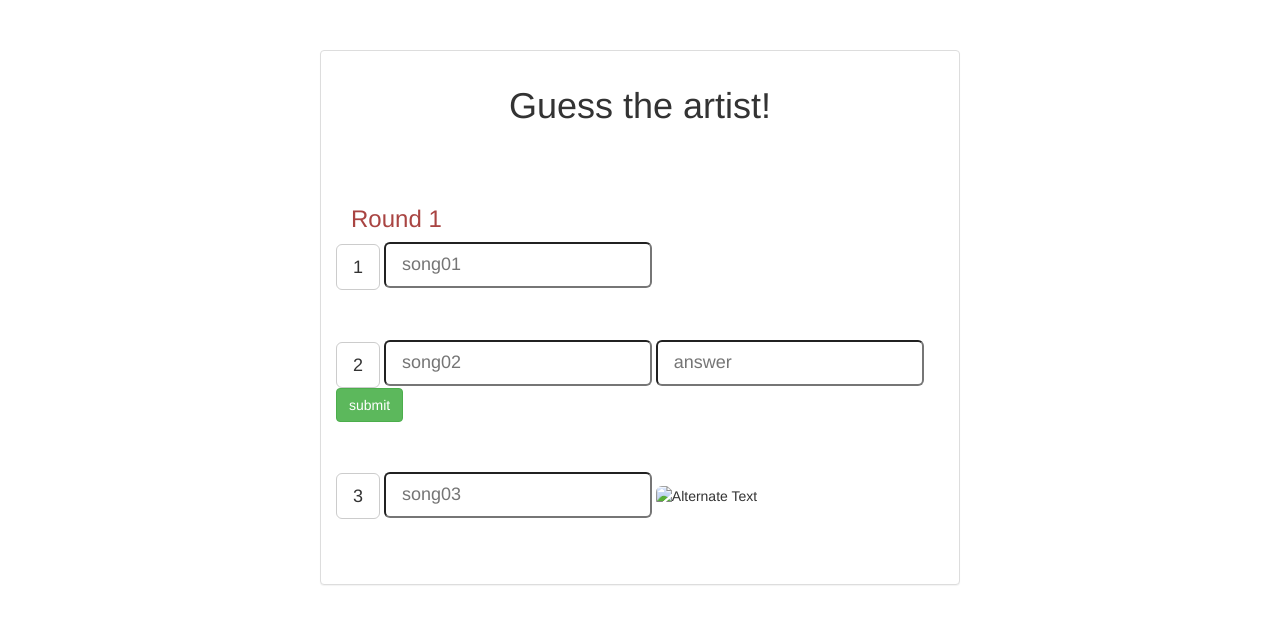
Repository: VladLevishevGIT/MyProjects
Page: Java/GuessTheArtistQuizWeb/WebContent/GuessTheArtist.html
The author's editor kept a copy of each file at every save. The page is drawn from the files as they stood at one save, then again after the next save.
The browser window is 1280 px wide. The pictures show the whole page.
The page's requests for data from a server got no answer.

Above is the page before, as saved 2017-03-02 13:43:12.

### Java/GuessTheArtistQuizWeb/WebContent/GuessTheArtist.html
<!DOCTYPE html>
<html lang="en">
<head>
    <meta charset="utf-8">
    <meta http-equiv="X-UA-Compatible" content="IE=edge">
    <meta name="viewport" content="width=device-width, initial-scale=1">
    <title>Test Page</title>
    <link href="bootstrap/css/bootstrap.min.css" rel="stylesheet">
    <script src="jquery/jquery-3.1.1.min.js"></script>
    <script src="bootstrap/js/bootstrap.min.js"></script>
    <script src="angular/angular.min.js"></script>
    <script src="angular/angularCode.js"></script>
</head>
<body>
    <div style="height:50px"></div>
        <div class="panel panel-default col-lg-offset-3 col-lg-6" ng-app="myApp">
            <div class="panel-body" ng-controller="myCtrl">
                <div class="text-center"><h1>Guess the artist!</h1></div>
                <div class="input-group">
                    <div style="height:50px"></div>
                    <div class="text-danger"><h3>Round 1</h3></div>
                    <div class="row">
                        <button type="button" class="btn btn-lg btn-default">1</button>
                        <input type="text" name="song01" value="{{round.firstSong}}" class="input input-lg" placeholder="song01" />
                    </div>
                    <div style="height:50px"></div>
                    <div class="row">
                        <button type="button" class="btn btn-lg btn-default">2</button>
                        <input type="text" name="song02" value="{{round.secondSong}}" class="input-lg" placeholder="song02"/>
                        <input type="text" name="answer" value="" class="input-lg" placeholder="answer" ng-model="inputValue"/>
                        <button class="btn btn-success">submit</button>
                    </div>
                        <div style="height:50px"></div>
                    <div class="row">
                        <button type="button" class="btn btn-lg btn-default">3</button>
                        <input type="text" name="song03" value="" class="input-lg" placeholder="song03"/>
                        <img src="#" alt="Alternate Text" class="img-rounded" />
                    </div>
                        <div style="height:50px"></div>
                    </div>
            </div>
        </div>
</body>
</html>

### Java/GuessTheArtistQuizWeb/WebContent/angular/angularCode.js
var mainApp = angular.module('myApp', [])

mainApp.controller('myCtrl', getRound);

function getRound($scope, $http) {
    $http.get('rest/quizWebService/getSongs').
        then(function(response) {
            $scope.round = response.data;
        });
};

Loaded but not shown: Java/GuessTheArtistQuizWeb/WebContent/bootstrap/css/bootstrap.min.css (library); Java/GuessTheArtistQuizWeb/WebContent/jquery/jquery-3.1.1.min.js (library); Java/GuessTheArtistQuizWeb/WebContent/bootstrap/js/bootstrap.min.js (library); Java/GuessTheArtistQuizWeb/WebContent/angular/angular.min.js (library)

After the next save:
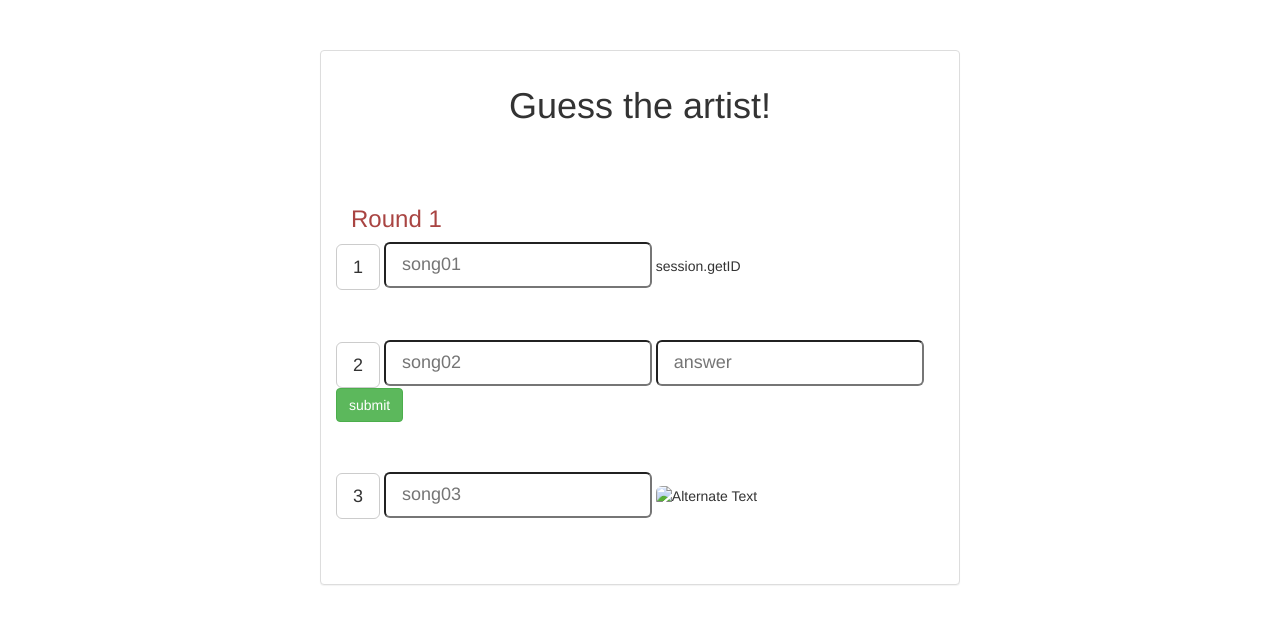
Saved 36 s later.
--- a/Java/GuessTheArtistQuizWeb/WebContent/GuessTheArtist.html
+++ b/Java/GuessTheArtistQuizWeb/WebContent/GuessTheArtist.html
@@ -22,6 +22,7 @@
                     <div class="row">
                         <button type="button" class="btn btn-lg btn-default">1</button>
                         <input type="text" name="song01" value="{{round.firstSong}}" class="input input-lg" placeholder="song01" />
+                        <lable>session.getID</lable>
                     </div>
                     <div style="height:50px"></div>
                     <div class="row">
